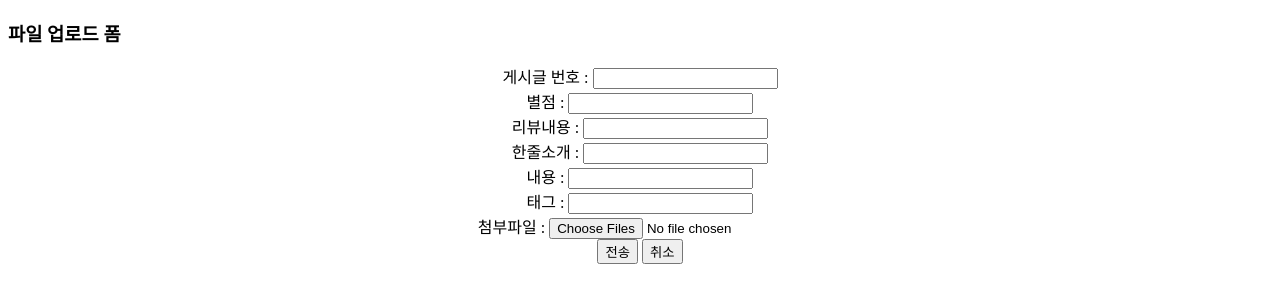
Repository: Lee-MinJa/JAVA_CAMP
Page: http://localhost/demo/Review/ReviewList.jsp
An editor plug-in stored every save of this project. The page is shown before and after the next save, followed by the edit.
The browser window is 1280 px wide. The pictures show the whole page.
The page is served by Tomcat 9.

Above is the page before, as saved 2022-03-25 06:16:16.

After the next save:
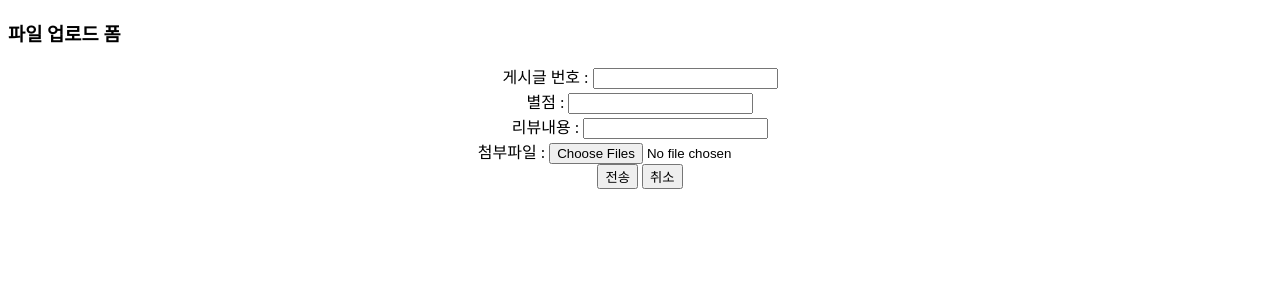
Saved 31 s later.
--- a/demo/src/main/webapp/Review/ReviewList.jsp
+++ b/demo/src/main/webapp/Review/ReviewList.jsp
@@ -23,9 +23,9 @@
        	게시글 번호 : <input type="text" name="PROMO_NUM" /><br/>
         별점 : <input type="text" name="REVIEW_RATED" /><br/>
         리뷰내용 : <input type="text" name="REVIEW_CONTENT" /><br/>
-        한줄소개 : <input type="text" name="PROMO_MAIN_CONTENT" /><br/>
+     <!--    한줄소개 : <input type="text" name="PROMO_MAIN_CONTENT" /><br/>
         내용 : <input type="text" name="PROMO_DETAIL_CONTENT" /><br/>
-        태그 : <input type="text" name="TAG_NAME" /><br/>
+        태그 : <input type="text" name="TAG_NAME" /><br/> -->
         첨부파일 : <input type="file"  multiple="multiple" name="IMAGE_FILENAME" /><br/>
         <input type="submit" value="전송" />
         <input type="reset" value="취소" />
